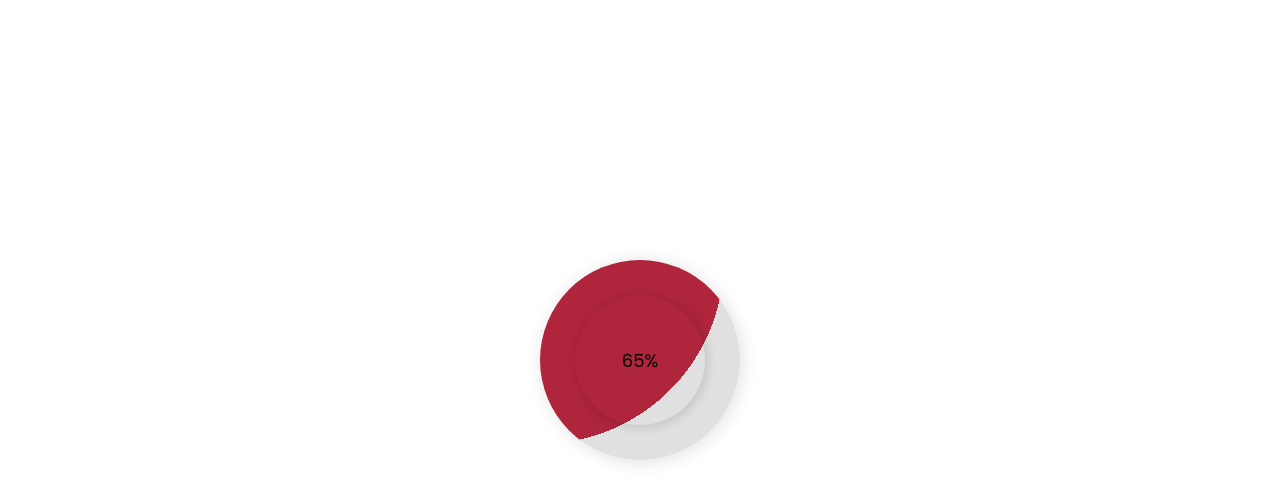
Repository: Ankitkr2021/Loader-Spinner
Page: index.html
An editor plug-in stored every save of this project. The page is shown before and after the next save, followed by the edit.
The browser window is 1280 px wide. The pictures show the whole page.

Above is the page before, as saved 2025-10-21 11:38:06.

After the next save:
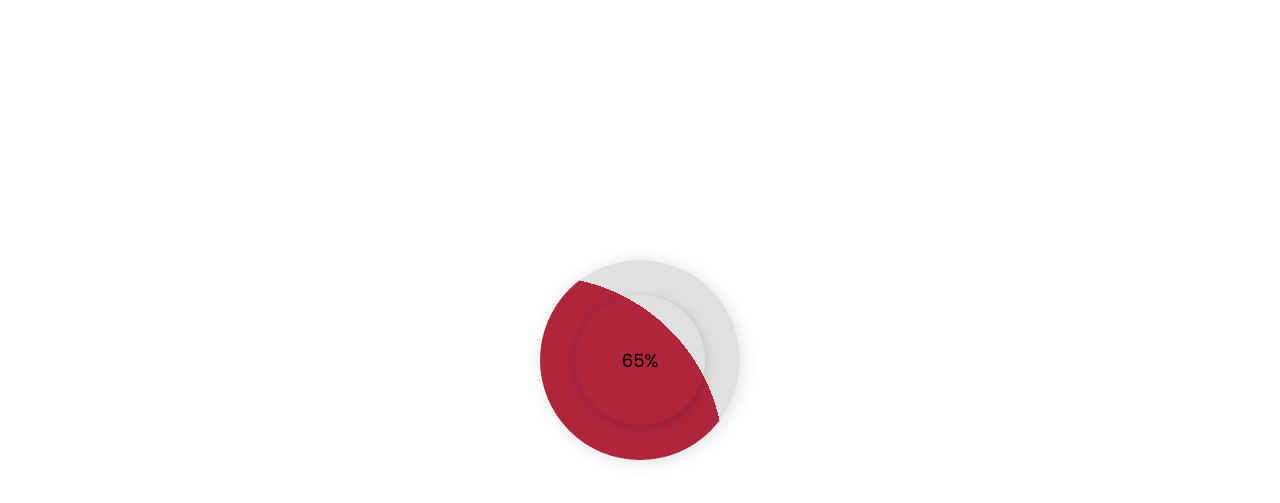
Saved 7 s later.
--- a/style.css
+++ b/style.css
@@ -21,7 +21,7 @@ body {
     border-radius: 50%;
     box-shadow: 2px 2px 16px 2px rgba(0,0,0,0.1);
     background: radial-gradient(
-    circle at top left,
+    circle at bottom left,
     #ae253c 0% 65%,
     #e0e0e0 65% 100%
   );
